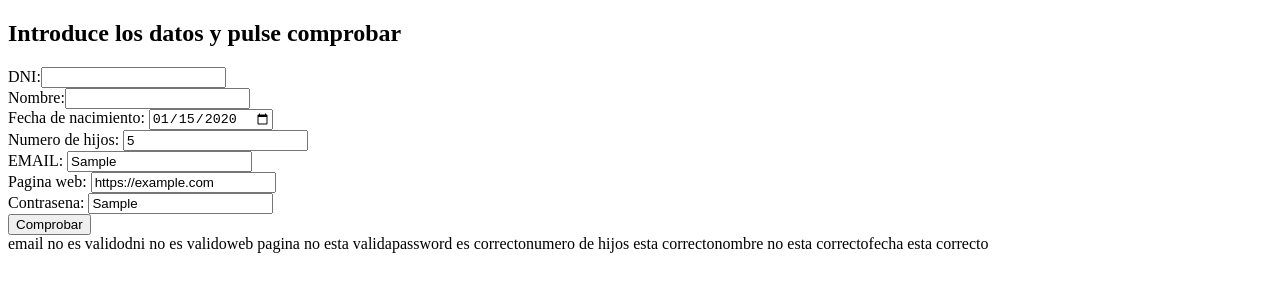
Repository: KoTvTrysaX01/2DAW-Desarrollo-WEB-en-Entorno-Cliente
Page: JAVASCRIPT/UD2/practica5/Actividad1/index.html
The author's editor kept a copy of each file at every save. The page is drawn from the files as they stood at one save, then again after a run of saves.
The browser window is 1280 px wide. The pictures show the whole page.
Empty fields were first filled with sample values (such as "Sample", 5 or name@example.com).
After loading, the first visible `#registartionForm` was submitted once.

Above is the page before, as saved 2025-11-01 16:40:10.

### JAVASCRIPT/UD2/practica5/Actividad1/index.html
<!DOCTYPE html>
<html>
  <body>
    <h2>Introduce los datos y pulse comprobar</h2>
    <form id = "registartionForm" name="form1" method="post" action="" target=" _blank">
        DNI:<input id="dni" type="text" name="dni" ><br>
        Nombre:<input id="nombre" type="text" name="nombre" ><br>
        Fecha de nacimiento: <input id="fecha" type="date" name="fecha" ><br>
        Numero de hijos: <input type="number" name="hijos" id = "hijos" ><br>
        EMAIL: <input id = "email" type="text" name="email" ><br>
        Pagina web: <input type="url" name="web" id = "pagina" placeholder="http://www.ejemplo.com" required><br>
        Contrasena: <input type="text" name="contrasena" id = "password" ><br>
        <input type="submit" value = "Comprobar">
    </form>


    <div id="errorMessages"></div>
    <script src="script.js"></script>
  </body>
</html>

### JAVASCRIPT/UD2/practica5/Actividad1/script.js
let form = document.getElementById("registartionForm");
let emailInput = document.getElementById("email");
let error = document.getElementById("errorMessages");
let dni = document.getElementById("dni")
let passw = document.getElementById("password")
let web = document.getElementById("pagina")
let hijos = document.getElementById("hijos")
let nombreInput = document.getElementById("nombre")
let fecha = document.getElementById("fecha")
form.addEventListener("submit", (e) => {
  e.preventDefault();
  const emailForm = emailInput.value.trim();
  const password = passw.value.trim()
  function validEmail(emailForm) {
    return /^[a-z]*[@]{1}[a-z]*[\.]{1}[a-z]{2,3}$/g.test(emailForm);

  }
    function esValido(emailForm) {
      if (validEmail(emailForm)) {
        error.innerHTML = "email  e valido";
      } else {
        error.innerHTML = "email no es valido";
      }
    }
    esValido(emailForm);

    function validarDni(dni) {
      return /^[XYZ]?\d{5,8}[TRWAGMYFPDXBNJZSQVHLCKET]$/.test(dni)
    }
    function esValidoDni(dni) {
      if (validarDni(dni)) {
        error.innerHTML += "dni es valido"
      } else {
        error.innerHTML += "dni no es valido"
        dni.value = ""
      }
    }
    esValidoDni(dni)

    function validWeb(url) {
          return /^https?:\/\/(?:www\.)?[a-zA-Z0-9\-]+\.[a-zA-Z]{2,}(?:\/.*)?$/.test(web);
        }
    function esValidoWeb(web) {
      if(validWeb(web)) {
        error.innerHTML +="web pagina esta valida"
      } else {
        error.innerHTML += "web pagina no esta valida"
        web.value = " "

      }
    }
    esValidoWeb(web.value)

     function validarContrasena(passwor) {
      var p = passwor.length
      if(p >2 && p < 12) {
        error.innerHTML += "password es correcto"
      } else {
         error.innerHTML += "password  no es correcto"
         passw.value = ""
      }
     }
     validarContrasena(password)

     function validHijos(hijos) {
      if(hijos.value.length >=0 || hijos.value.length <= 10) {
         error.innerHTML += "numero de hijos esta correcto"
      } else {
         error.innerHTML += "numero de hijos no esta correcto"
         hijos.value = ""
      }
     }
     validHijos(hijos)
    const nom = nombreInput.value.trim()
     function validNombre(nombres) {
      return /^[a-zA-ZáéíóúÁÉÍÓÚñÑ]{2,40}( [a-zA-ZáéíóúÁÉÍÓÚñÑ]{2,40}){1,3}$/.test(nombres)
     }
     function isvalidNombre(nombres){
      if(validNombre(nombres)) {
         error.innerHTML += "nombre esta correcto"
      } else {
         error.innerHTML += "nombre no esta correcto"
         nombreInput.value = ""
      }
      }
     isvalidNombre(nom)

     const fechaValor = fecha.value.trim();

     function validFecha(fecha) {
          return /^(19|20)\d{2}-(0[1-9]|1[0-2])-(0[1-9]|[12]\d|3[01])$/.test(fecha)
     }
     function esValidFecha(fecha) {
      if (validFecha(fecha)) {
         error.innerHTML += "fecha esta correcto"
      } else {
         error.innerHTML += "fecha no esta correcto"
         fecha.value= ""
      }
     }
     console.log(fechaValor)

     esValidFecha(fechaValor)


});

After the next 2 saves:
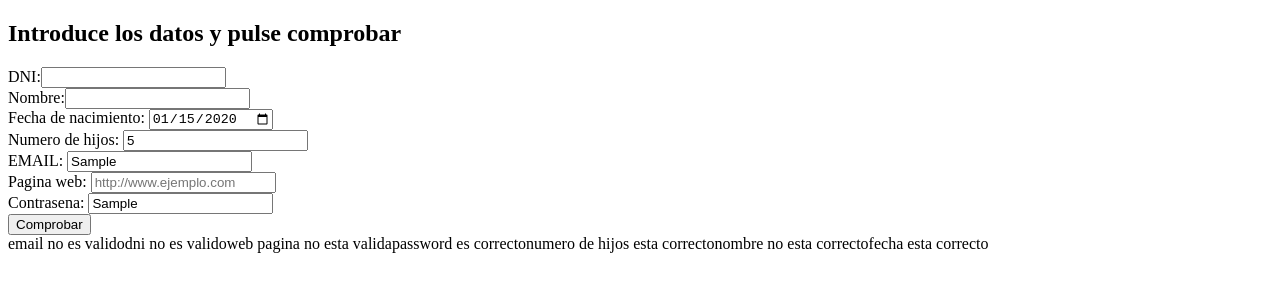
The 2 saves are shown as one change because they came seconds apart.
The last was saved 7 s later.
--- a/JAVASCRIPT/UD2/practica5/Actividad1/script.js
+++ b/JAVASCRIPT/UD2/practica5/Actividad1/script.js
@@ -38,9 +38,9 @@ form.addEventListener("submit", (e) => {
     esValidoDni(dni)
 
     function validWeb(url) {
-          return /^https?:\/\/(?:www\.)?[a-zA-Z0-9\-]+\.[a-zA-Z]{2,}(?:\/.*)?$/.test(web);
+          return /^https?:\/\/(?:www\.)?[a-zA-Z0-9\-]+\.[a-zA-Z]{2,}(?:\/.*)?$/.test(url);
         }
-    function esValidoWeb(web) {
+    function esValidoWeb() {
       if(validWeb(web)) {
         error.innerHTML +="web pagina esta valida"
       } else {
